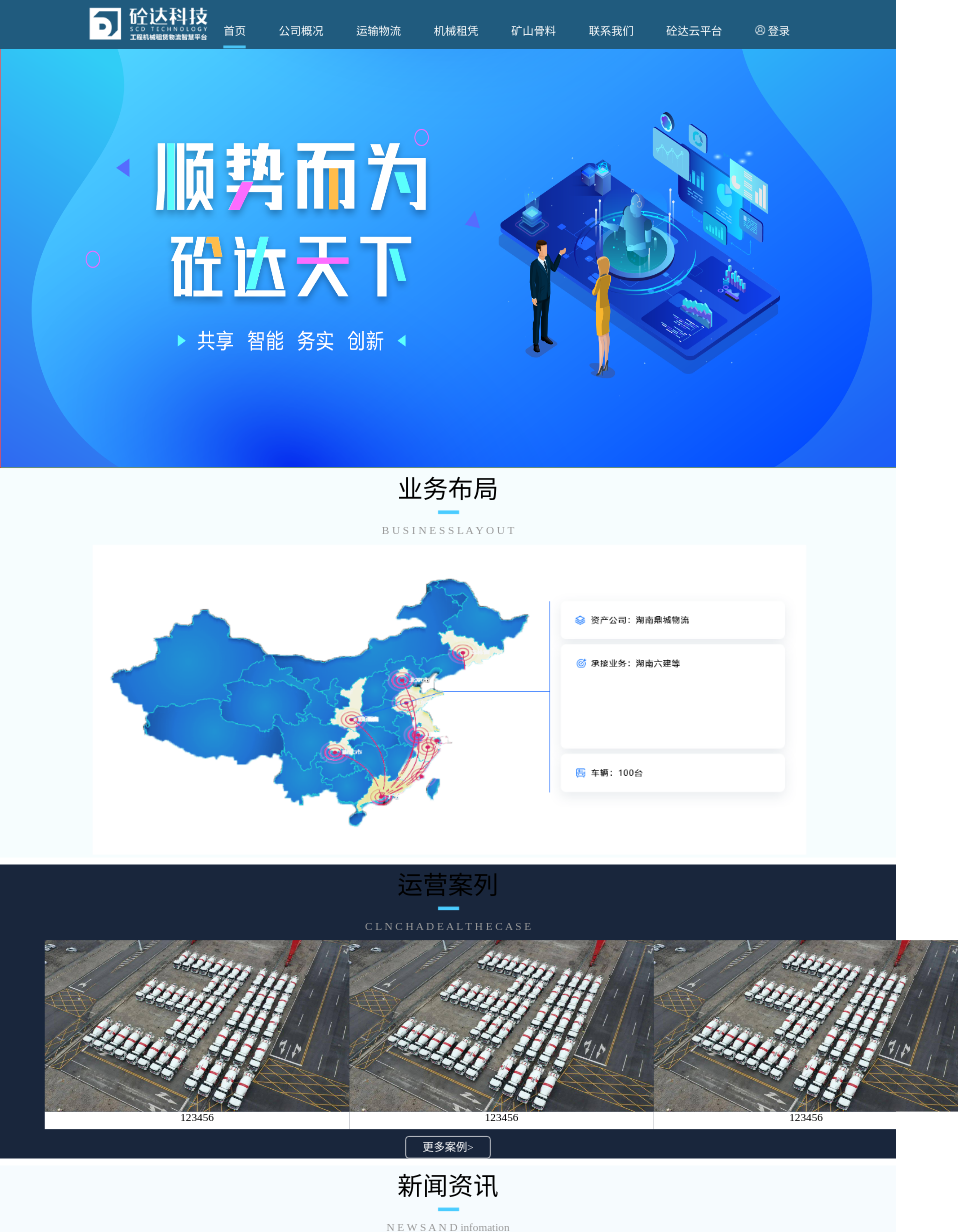
Repository: nzrdjdj/nzrdjdj.github.io
Page: index.html
The author's editor kept a copy of each file at every save. The page is drawn from the files as they stood at one save, then again after the next save.
The browser window is 1280 px wide. The page is 1369 px wide, so the pictures cover 1369 px, including what lies to the right of the window. The pictures show the part of the page from y = 0 to 1760 px (the page is 2705 px tall before and 2036 px after), at 70% of full size.

Above is the page before, as saved 2021-10-09 09:44:52.

After the next save:
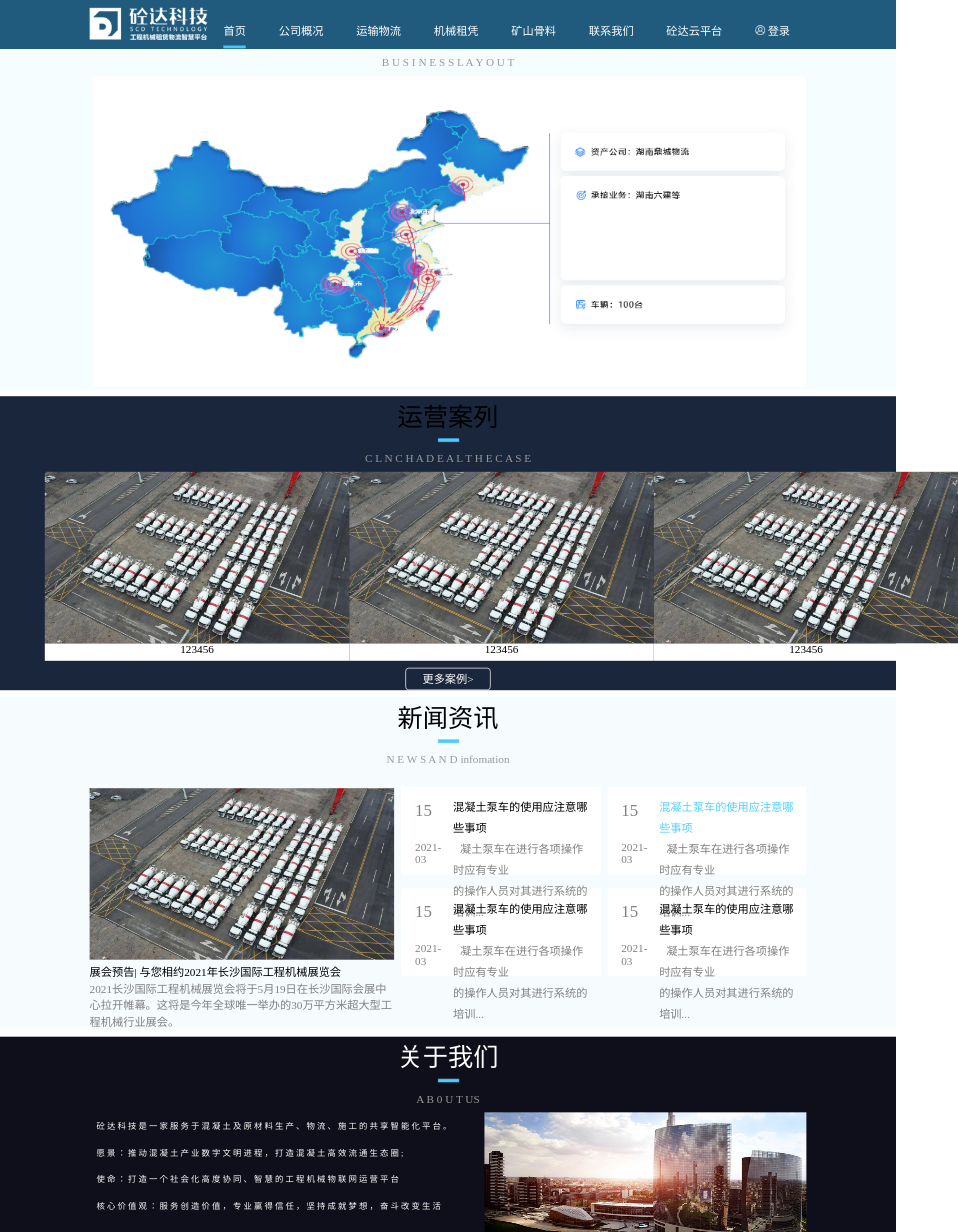
Saved 4 s later.
--- a/css/lunbo.css
+++ b/css/lunbo.css
@@ -1,4 +1,4 @@
-#lu'nü'oimg {
+#lunbo img {
     width: 500px;
     position: absolute;
     display: none;

After the 2 saves that followed:
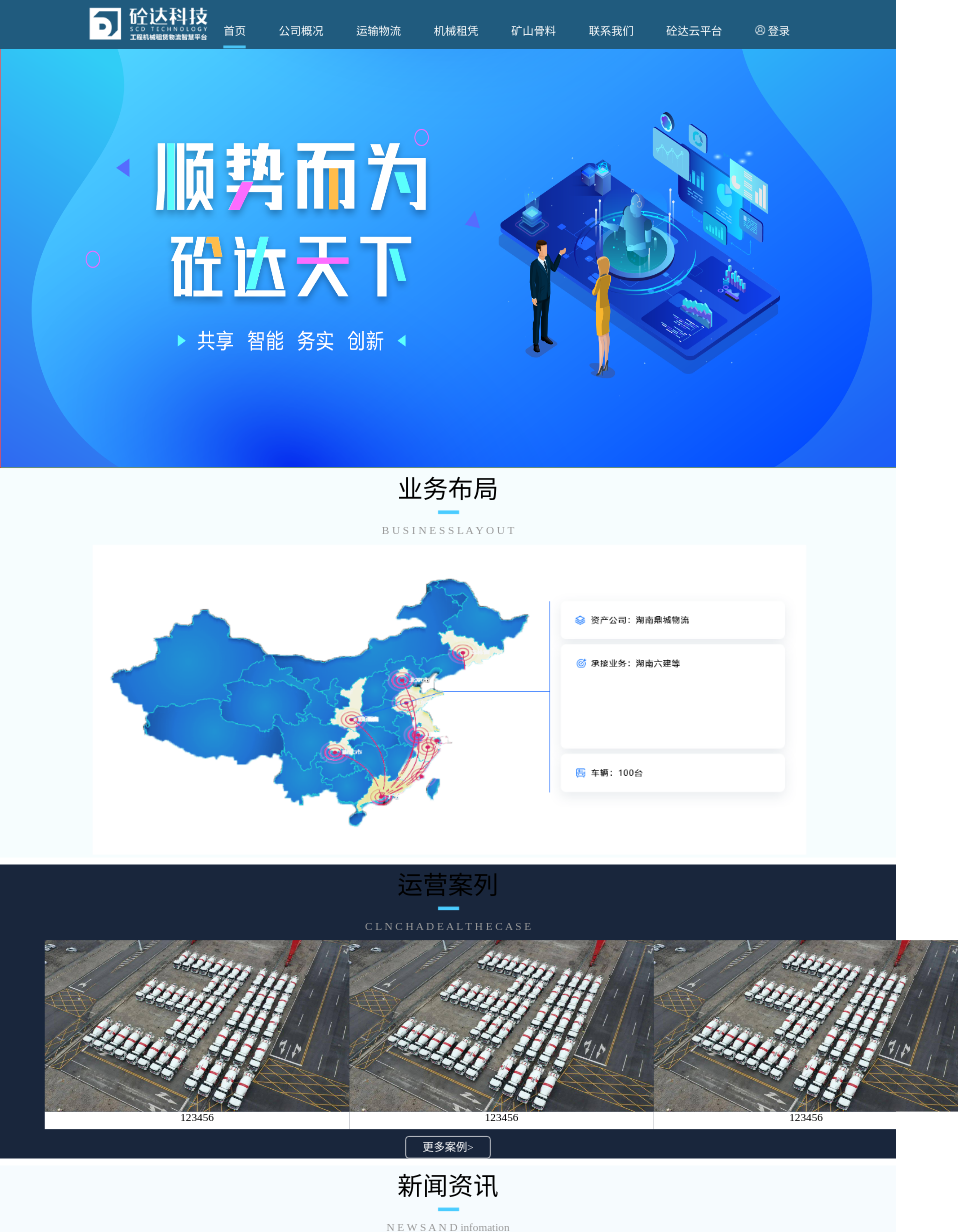
The 2 saves are shown as one change because 1 left the picture as it was.
The last was saved 35 s later.
--- a/css/lunbo.css
+++ b/css/lunbo.css
@@ -1,9 +1,4 @@
-#lunbo img {
-    width: 500px;
-    position: absolute;
-    display: none;
-    transition: all 1s;
-}
+
 
 .lu {
     display: block;
